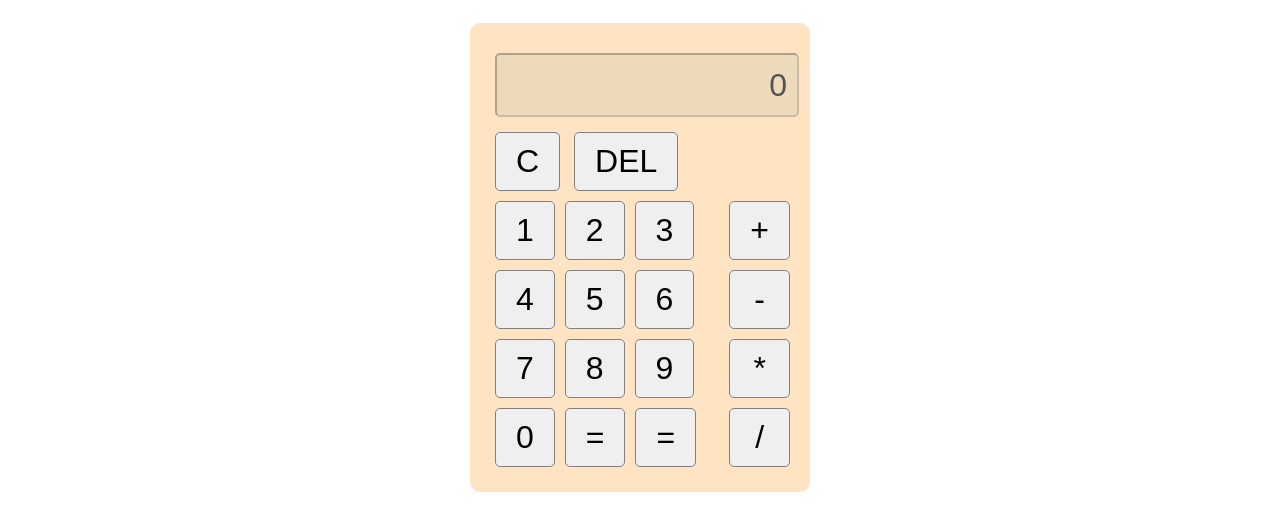
Repository: jaskeat/Calculator
Page: index.html
An editor plug-in stored every save of this project. The page is shown before and after the next save, followed by the edit.
The browser window is 1280 px wide. The pictures show the whole page.

Above is the page before, as saved 2024-09-05 13:25:28.

After the next save:
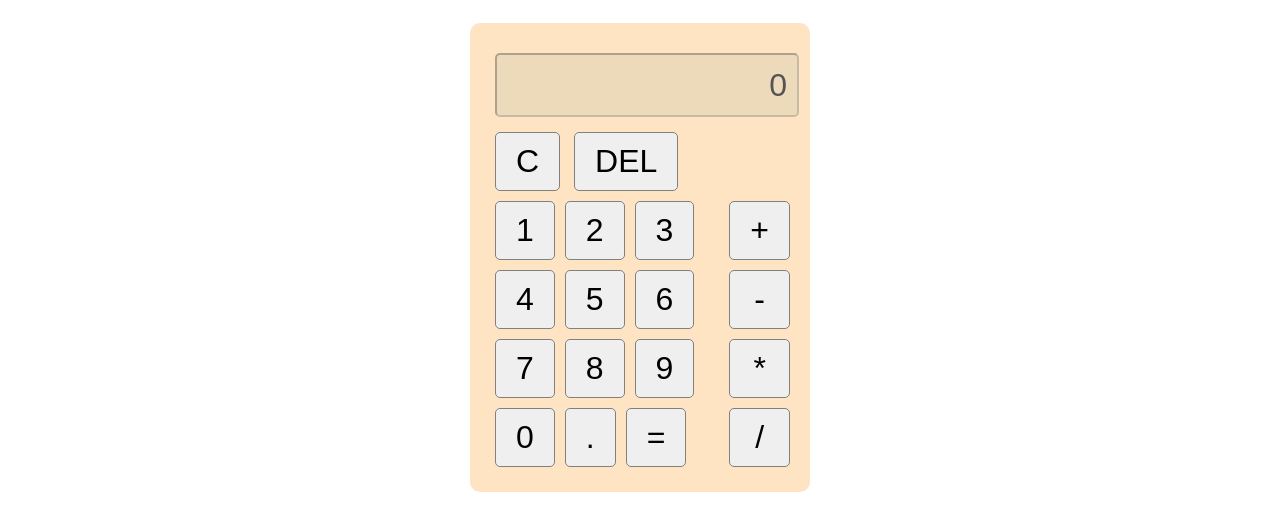
Saved 5 s later.
--- a/index.html
+++ b/index.html
@@ -36,7 +36,7 @@
 					<button class="btn" onclick="append('8')">8</button>
 					<button class="btn" onclick="append('9')">9</button>
 					<button class="btn" onclick="append('0')">0</button>
-					<button class="btn" onclick="append('.')">=</button>
+					<button class="btn" onclick="append('.')">.</button>
 					<button class="btn" onclick="calculate()">=</button>
 				</div>
 			</div>
